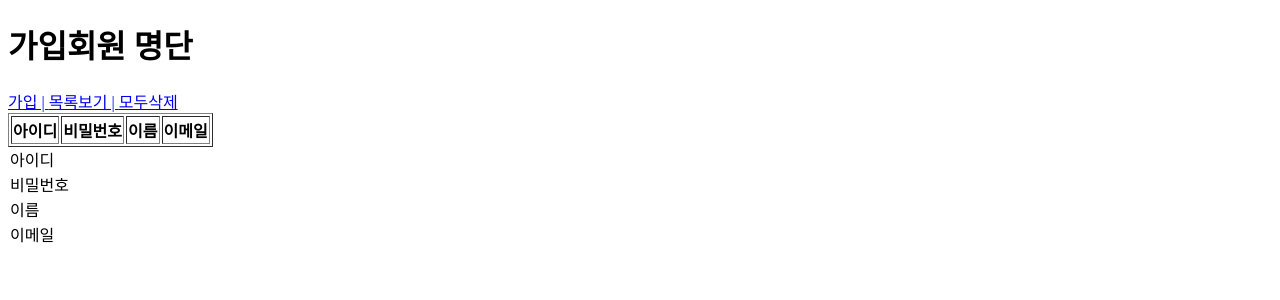
Repository: captainwk/webstudy
Page: http://localhost/a20_8_20/jdbc_select.jsp
These files come from the project's save history. The page is drawn as it stood at one moment and after the next save; the edit follows.
The browser window is 1280 px wide. The pictures show the whole page.
The page is served by Tomcat 9. Queries for data that is not in the repository find no rows.

Above is the page before, as saved 2020-08-21 01:22:01.

After the next save:
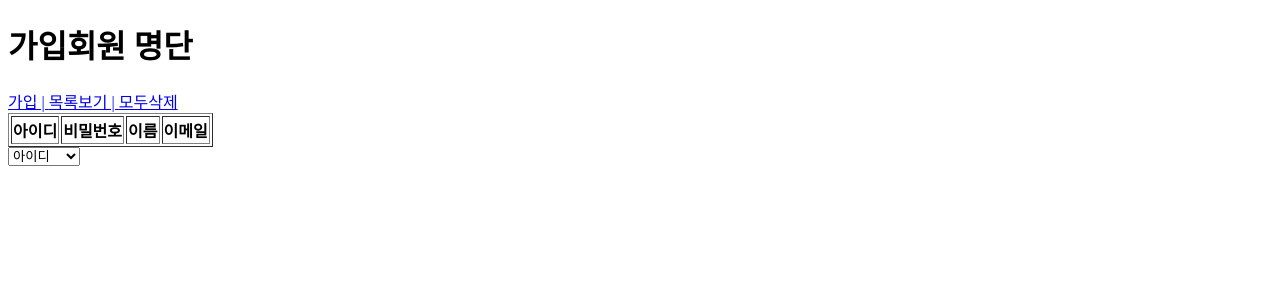
Saved 39 s later.
--- a/a20_8_20/WebContent/jdbc_select.jsp
+++ b/a20_8_20/WebContent/jdbc_select.jsp
@@ -49,13 +49,13 @@
 %>
 
 </table>
-<selection>
+<select name="key">
 	<option>아이디</option>
 	<option>비밀번호</option>
 	<option>이름</option>
 	<option>이메일</option>
 
-</selection>
+</select>
 
 
 
